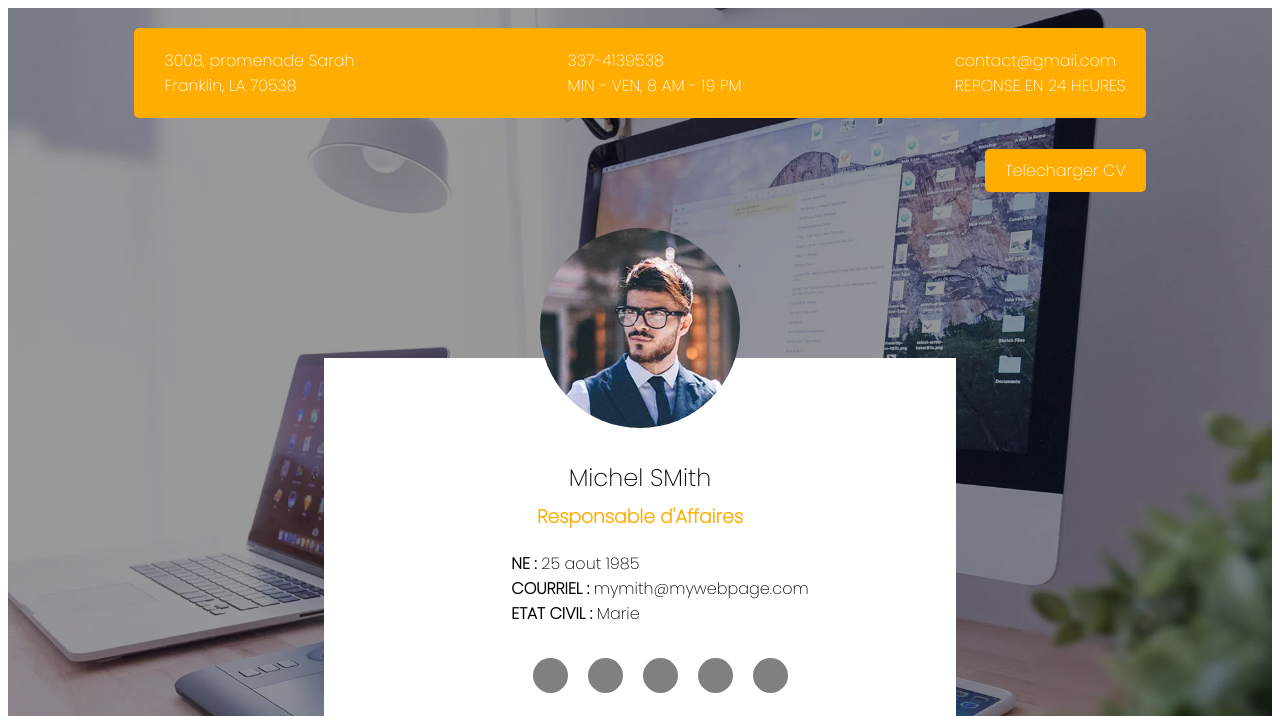
Repository: wadelfadill/CV_PORTFOLIO
Page: index.html
An editor plug-in stored every save of this project. The page is shown before and after the next save, followed by the edit.
The browser window is 1280 px wide. The pictures show the whole page.
Some icons come from a web library that is not loaded, so they are not drawn. Backgrounds fixed to the window are drawn as part of the page.

Above is the page before, as saved 2023-03-14 10:08:30.

### index.html
<!DOCTYPE html>
<html lang="en">
<head>
    <meta charset="UTF-8">
    <meta http-equiv="X-UA-Compatible" content="IE=edge">
    <meta name="viewport" content="width=device-width, initial-scale=1.0">
    <title>CV - Portfolio</title>
    <link rel="stylesheet" href="style.css">
    <link rel="stylesheet" href="path/to/font-awesome/css/font-awesome.min.css">
    <link href="/fontawesome/css/all.css" rel="stylesheet">
    <link href="/fontawesome/css/fontawesome.css" rel="stylesheet">
    <link href="/fontawesome/css/brands.css" rel="stylesheet">
    <link href="/fontawesome/css/solid.css" rel="stylesheet">
    <link rel="stylesheet" href="/fontawesome/css/regular.css">
    <link rel="preconnect" href="https://fonts.googleapis.com">
    <link rel="stylesheet" href="/fontawesome/css/all.min.css">
    <link rel='stylesheet' href='https://cdn-uicons.flaticon.com/uicons-brands/css/uicons-brands.css'>
    <link rel="stylesheet" href="https://cdn-uicons.flaticon.com/uicons-regular-straight/css/uicons-regular-straight.css">
<link rel="preconnect" href="https://fonts.gstatic.com" crossorigin>
<link href="https://fonts.googleapis.com/css2?family=Manrope&family=Montserrat&family=Poppins:wght@200&family=Roboto&display=swap" rel="stylesheet">
</head>
<body>
    <header>
        <div class="head">
            <div class="address">
                <div class="add-1">
                    <div class="add-icone"><i class="fi fi-rs-marker"></i></div>
                    <div class="add-text">3008, promenade Sarah <br> Franklin, LA 70538</div>
                </div>
                <div class="add-1">
                    <div class="add-icone"><i class="fi fi-rs-phone-call"></i></div>
                    <div class="add-text">337-4139538 <br> MIN - VEN, 8 AM - 19 PM</div>
                </div>
                <div class="add-1">
                    <div class="add-icone"><i class="fi fi-rs-messages"></i></div>
                    <div class="add-text">contact@gmail.com <br>REPONSE EN 24 HEURES</div>
                </div>
            </div>
            <div class="download">
                <a href="#" class="button">Telecharger CV</a>
            </div>
        </div>
        <div class="head_2">
           <div class="espace">

           </div>
           <div class="presentation">
            <div class="img">
                <img src="images/profile.jpg" alt="profile" class="profil">
                <h2>Michel SMith</h2>
                <h3>Responsable d'Affaires</h3>
            </div>
            <div class="rest">
                <ul>
                    <li><b>NE :</b> 25 aout 1985</li>
                    <li><b>COURRIEL :</b> mymith@mywebpage.com</li>
                    <li><b>ETAT CIVIL :</b> Marie</li>
                </ul>
            </div>
            <div class="social">
                <ul class="social-reseau">
                    <li><a href=""><i class="fi fi-brands-pinterest"></i></a></li>
                    <li><a href=""><i class="fi fi-brands-linkedin"></i></a></li>
                    <li><a href=""><i class="fi fi-brands-instagram"></i></a></li>
                    <li><a href=""><i class="fi fi-brands-facebook"></i></a></li>
                    <li><a href=""><i class="fi fi-brands-twitter"></i></a></li>
                </ul>
            </div>


           </div>
           <div class="espace">

           </div>
        </div>
    </header>
    <main>

    </main>
    <footer>

    </footer>
</body>
</html>

### style.css
body{
    color: white;
    font-family: 'Poppins';
}
header{
    margin: 0;
    width: 100%;
    height: auto;
    padding-top: 20px;
    background-image: linear-gradient(rgba(0, 0, 0, 0.4),
    rgba(0, 0, 0, 0.4)), url("images/background.jpg");
    background-size: cover;
    opacity: 1;
    background-attachment: fixed;
    z-index: 0;
    display: flex;
    justify-content: space-between;
    flex-direction: column;
    gap: 100px;
}
.address{
    background-color: #FFAD01;
    padding: 20px;
    display: flex;
    justify-content: space-between;
    border-radius: 5px;
    z-index: 100;


}
.add-1{
    display: flex;
    justify-content: space-between;
    align-items: center;
    gap: 10px;
}
.head{
    display: flex;
    flex-direction: column;
    justify-content: space-between;
    gap: 40px;
    padding-left: 10%;
    padding-right: 10%;


}
.download{
   align-self: flex-end;
   margin: 0;
   height: 100px;
}
.download a{
    margin: 0;
    padding-top: 10px;
    padding-bottom: 10px;
    padding-right: 20px;
    padding-left: 20px;
    background-color: #FFAD01;
    align-self: flex-end;
    color: white;
    text-decoration: none;
    border-radius: 5px;

}
.download:hover {
    transform: translate(0, -5px);
    transition: 0.3s;
}

.profil{
    border-radius: 100%;
    position: relative;
    top: -80px;
    width: 200px;
    height: 200px;
    margin: -50px;
}
.add-icone i{
    font-size: 25px;
    font-weight: 500;
    font-style: normal;
}
.head_2{
    display: grid;
    grid-template-columns: 25% 50% 25%;

}
.presentation{
    background-color: white;
    display: flex;
    flex-direction: column;
    align-items: center;
    color: black;
    justify-content: center;
}
.espace{
    background: none;
}
.social-reseau a{
    display: inline-block;
    color: white;
    height: 35px;
    width: 35px;
    border-radius: 20px;
    text-decoration: none;
    background-color: gray;
    line-height: 35px;

}
.social-reseau{
    display: flex;
    justify-content: space-between;
    gap: 20px;
}
li{
    list-style: none;
}
.img{
    line-height: 0px;
    display: flex;
    flex-direction: column;
    justify-content: flex-start;
    align-items: center;
}
.img h2{
    font-weight: 500;
}
.img h3{
    color: #FFAD01;
}

Loaded but not shown: fontawesome/css/all.css (library); fontawesome/css/fontawesome.css (library); fontawesome/css/solid.css (common file); fontawesome/css/regular.css (common file); fontawesome/css/all.min.css (library); fontawesome/css/brands.css (1522 lines, source omitted)

After the next save:
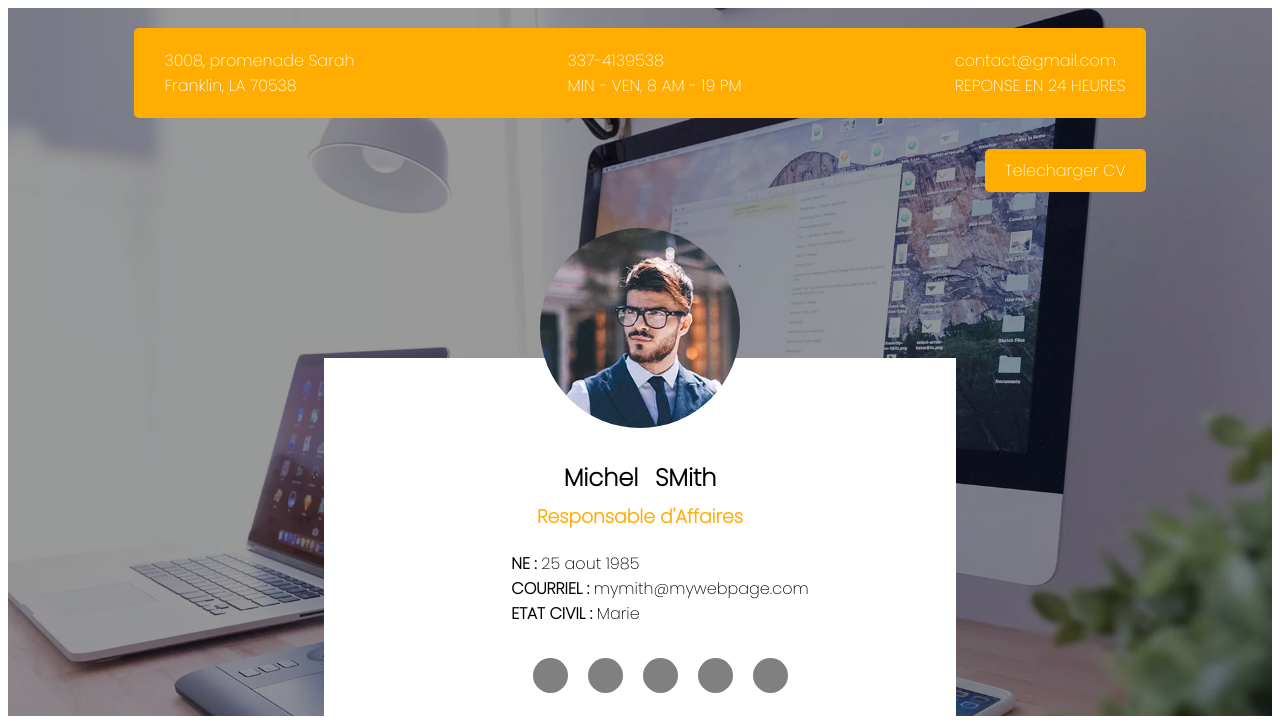
Saved 21 s later.
--- a/style.css
+++ b/style.css
@@ -123,7 +123,7 @@ li{
     align-items: center;
 }
 .img h2{
-    font-weight: 500;
+    word-spacing: 10px;
 }
 .img h3{
     color: #FFAD01;
